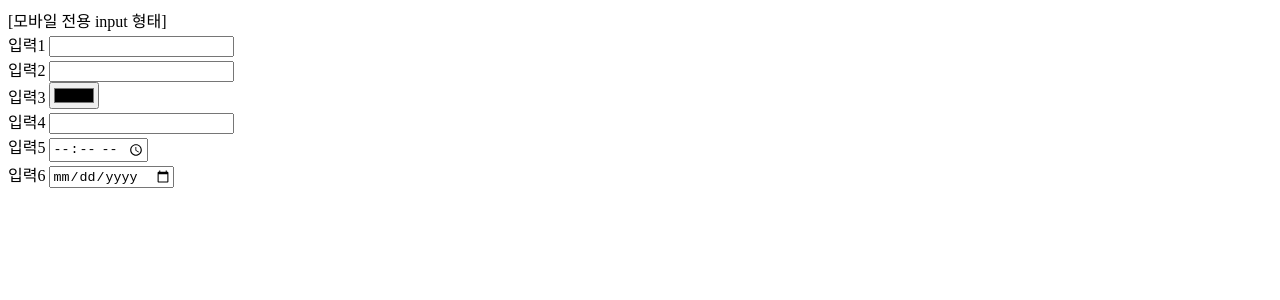
Repository: mnemion/BackendClass
Page: web/src/main/webapp/m/index.html
These files come from the project's save history. The page is drawn as it stood at one moment and after the next save; the edit follows.
The browser window is 1280 px wide. The pictures show the whole page.

Above is the page before, as saved 2023-08-31 05:47:41.

After the next save:
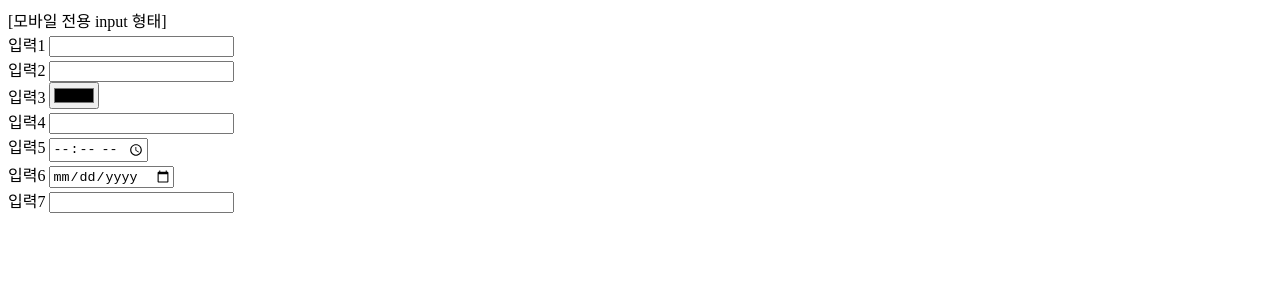
Saved 39 s later.
--- a/web/src/main/webapp/m/index.html
+++ b/web/src/main/webapp/m/index.html
@@ -12,6 +12,7 @@
 입력3 <input type="color"><br>	<!-- 색상선택 (P, M) -->
 입력4 <input type="tel"><br>		<!-- 전화번호 (M) -->
 입력5 <input type="time"><br>		<!-- 시간선택 (P, M) -->
-입력6 <input type="date"><br>
+입력6 <input type="date"><br>		<!-- 날짜선택 (P, M) -->
+입력7 <input type="datetime"><br>
 </body>
 </html>
